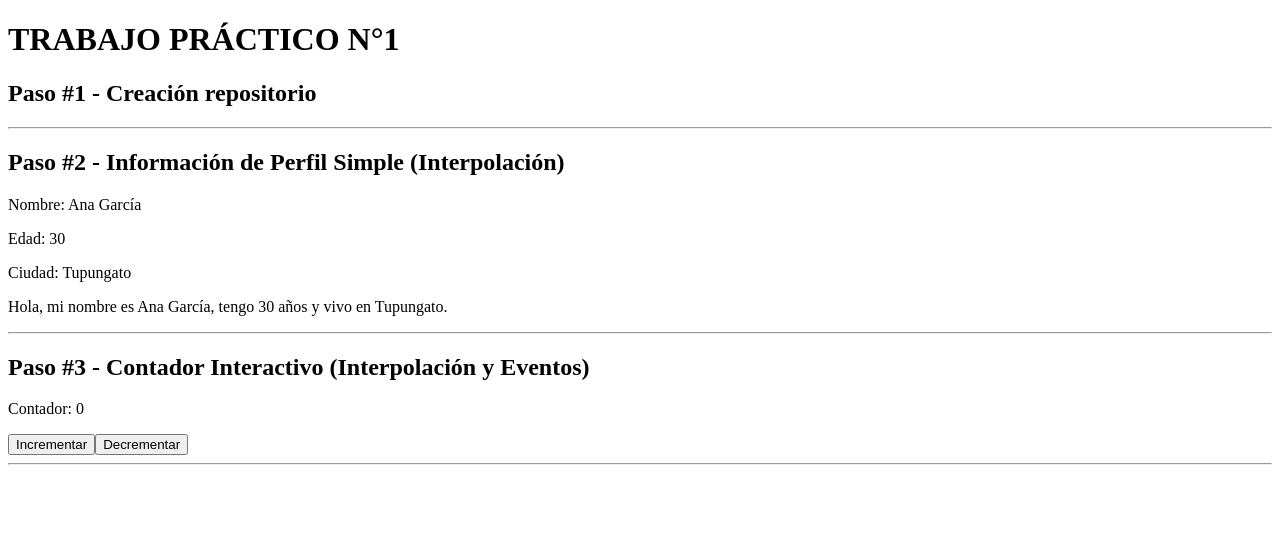
Repository: SofiaSferco/PWA
Page: practico01/index.html
The author's editor kept a copy of each file at every save. The page is drawn from the files as they stood at one save, then again after a run of saves.
The browser window is 1280 px wide. The pictures show the whole page.

Above is the page before, as saved 2025-10-02 22:31:30.

After the next 3 saves:
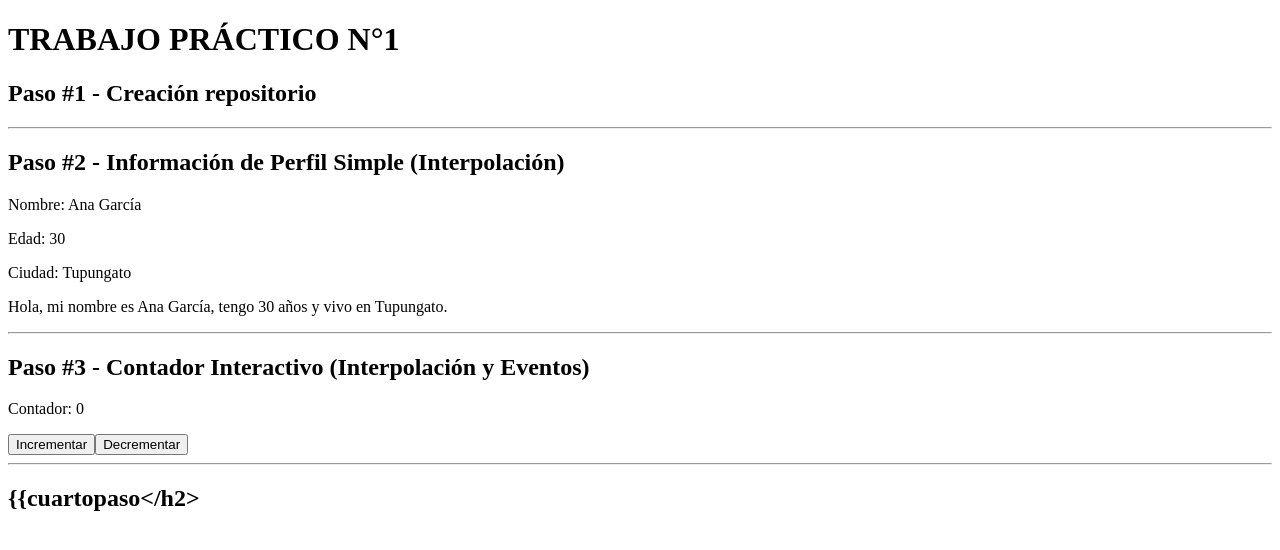
The 3 saves are shown as one change because they came seconds apart.
The last was saved 8 s later.
--- a/practico01/index.html
+++ b/practico01/index.html
@@ -21,7 +21,7 @@
             <button v-on:click="contador++">Incrementar</button>
             <button @click="contador--">Decrementar</button>
         <hr>
-        <h2></h2>
+        <h2>{{cuartopaso</h2>
 
 
     </div>
